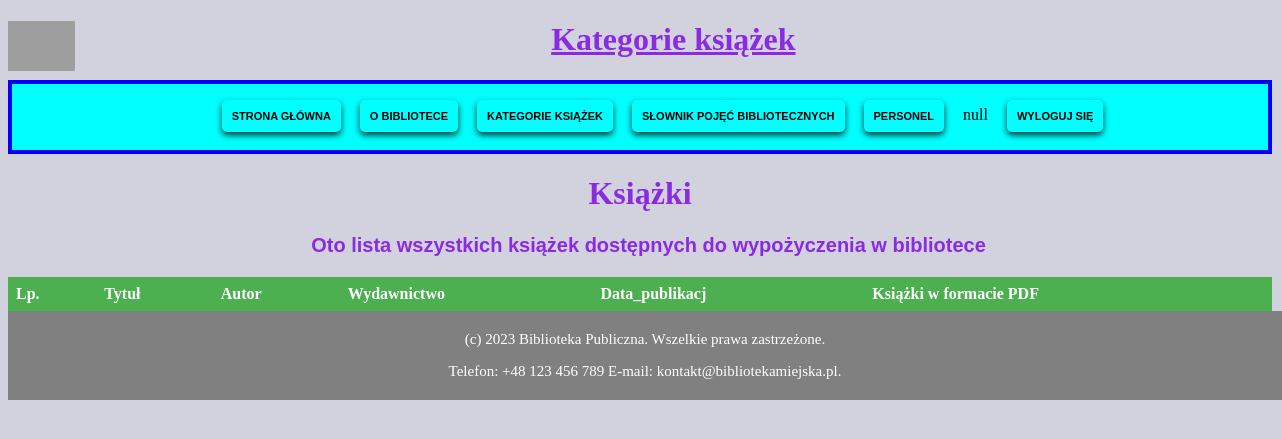
Repository: Dominik098/projekt
Page: http://localhost/biblioteka/C_Kategorie-książek.jsp
The author's editor kept a copy of each file at every save. The page is drawn from the files as they stood at one save, then again after the next save.
The browser window is 1280 px wide. The page is 1282 px wide, so the pictures cover 1282 px, including what lies to the right of the window. The pictures show the whole page.
Pictures or frames that could not be fetched are drawn as grey boxes. The page is served by Tomcat 9. Other server files are loaded and not shown. Queries for data that is not in the repository find no rows.

Above is the page before, as saved 2023-06-15 10:51:08.

### java projekt/biblioteka/src/main/webapp/C_Kategorie-książek.jsp
<%@ page language="java" contentType="text/html; charset=UTF-8"%>


<%@ page import="java.sql.*" %>


 <!DOCTYPE html>
<html lang="en">

<head>
    <meta charset="UTF-8">
    <meta http-equiv="X-UA-Compatible" content="IE=edge">
    <meta name="viewport" content="width=device-width, initial-scale=1.0">
    <link rel="stylesheet" href="C_kategorie.css" type="text/css">

    <link rel="icon" type="image/png" href="3.png" sizes="96x96" />
    <title>Kategorie książek </title>



</head>

<body>
    <tr>
        <td align="center"><img src="logo.jpg" name="ksiazka" align="left" weight="90px" height="50px"></td>
    </tr>
    <h1>
        <center><u>Kategorie książek</u></center>
    </h1>
    <header>
        <nav>
            <ul>
                <li class="znacznik" ><a href="A_strona-gl.jsp"><button class="wyloguj" >Strona główna</button></a></li>
                <li class="znacznik" ><a href="B_O bibiotece.jsp"><button class="wyloguj" >O bibliotece</button></a></li>
                <li  class="znacznik"><a href="C_Kategorie książek.jsp"><button class="wyloguj" >Kategorie książek</button></a></li>
                <!--   <li><a href="D_Wypożyczenia.jsp"><button class="pobierz" >Wypożyczane </a></li>-->
                <li class="znacznik"><a href="E_Słownik pojęć.jsp"><button class="wyloguj" >Słownik pojęć bibliotecznych</button></a></li>
                <li class="znacznik"><a href="F_personel.jsp"><button class="wyloguj" >Personel</button></a></li>
               <!-- <li class="znacznik"><a href="G_login.jsp">Logowanie</a></li>
                <li class="znacznik"><a href="H_rejestracja.jsp">Rejestracja</a></li>-->

                <li ><a > <%=session.getAttribute("email-login") %> </a></li>
                <li  ><a href="#" onclick="confirmLogout()"><button class="wyloguj" >Wyloguj się</button></a></li>


            </ul>

        </nav>

    </header>
	    <h1>Książki </h1>


<%
String userRole =(String) session.getAttribute("administrator");
if(userRole != null && userRole.equals("admin")){
	%>



<a href="Dodaj_ksiazke.jsp">
  <button class="dodanie" onclick="return promptForPassword()">Przejdź do formularza<br> aby dodać książkę</button>
</a>
<% }%>







    <h3>Oto lista wszystkich książek dostępnych do wypożyczenia w bibliotece </h3>

<table>
    <tr>
        <th>Lp.</th>
        <th>Tytuł</th>
        <th>Autor</th>
        <th>Wydawnictwo</th>
        <th>Data_publikacj</th>
        <th>Książki w formacie PDF</th>


    </tr>
    <%
        try {
            // Połączenie z bazą danych
            String url = "jdbc:mysql://localhost:3306/Biblioteka";
            String user = "root";
            String password = "P@ssw0rd";
            Connection conn = DriverManager.getConnection(url, user, password);

            // Zapytanie SQL
            String sql = "SELECT * FROM Książki";
            PreparedStatement ps = conn.prepareStatement(sql);
            ResultSet rs = ps.executeQuery();

            // Wyświetlenie wyników zapytania
            int i=0;
            while (rs.next()) { i++;
                String tytuł = rs.getString("tytuł");
                String autor = rs.getString("autor");
                String wydawnictwo = rs.getString("wydawnictwo");
                String data_publikacji = rs.getString("data_publikacji");
                String pdf_link = rs.getString("pdf");



    %>
        <tr>
            <td><%= i %></td>
            <td><%= tytuł %></td>
            <td><%= autor %></td>
            <td><%= wydawnictwo %></td>
            <td><%= data_publikacji %></td>
            <td>
    <a href="<%= request.getContextPath() + pdf_link %>" target="_blank" download><button class="pobierz">Pobierz książkę </button></a>
</td>


        </tr>
    <%
            }
            // Zamykanie połączenia z bazą danych
            rs.close();
            ps.close();
            conn.close();
        } catch (SQLException e) {
            e.printStackTrace();
        }
    %>
</table>






<script type="text/javascript">

function confirmLogout() {
	if (confirm("Czy na pewno chcesz się wylogować?")) {
		window.location.href = "logout";
	}
}
    // Funkcja pobierająca plik PDF
    function pobierzPDF(link) {
        window.location.href = link;
    }
</script>



    <footer>
        <p>(c) 2023 Biblioteka Publiczna. Wszelkie prawa zastrzeżone.</p>
        <p>Telefon: +48 123 456 789  E-mail: kontakt@bibliotekamiejska.pl.</p>

    </footer>



</body>

</html>

### java projekt/biblioteka/src/main/webapp/C_kategorie.css
body {
    background-color: rgb(210, 210, 222);

}

header {
    border: 4px;
    background-color: aqua;
    border: 4px solid blue;
    padding-bottom: 2px;
}



h1 {
    text-align: center;
    color: blueviolet;

}

h3 {
    text-align: center;
    margin-left: 17px;
    color: blueviolet;
    font-family: Arial;
    font-size: 20px;

}




ul li {
    display: inline;
    margin-left: 5px;
    padding: 5px;

}

ul {
    text-align: center;
}

a {
    padding-top: 5px;
    padding-bottom: 5px;
    text-decoration: none;
}






footer {
    text-align: center;
    font-size: 15px;
    color: white;
    background-color: gray;


    bottom: 0;
    margin-top: auto;
    width: 100%;
    padding: 5px;
}



table {
        background-color: #f9f9f9;
        border-collapse: collapse;
        width: 100%;
    }

    th, td {
        text-align: left;
        padding: 8px;
    }

    th {
        background-color: #4CAF50;
        color: white;
    }


    tr:hover {
  border-bottom: 2px solid red;
}


.pobierz{

  display: inline-block;
  padding: 10px 20px;
  font-size: 12px;
  font-weight: bold;
  text-align: center;
  text-transform: uppercase;
  color: #fff;
  background-color: #4CAF50;
  border: none;
  border-radius: 5px;
  box-shadow: 0 3px 6px rgba(0, 0, 0, 0.3);
  cursor: pointer;
  transition: background-color 0.3s ease;
}

.pobierz:hover {
  background-color: #0056b3;
}

.klik {
  background-color: transparent;
  border: none;
  cursor: pointer;
  background-color:  aqua;
  border: none;
  border-radius: 5px;
  box-shadow: 0 3px 6px rgba(0, 0, 0, 0.1);
  font-size: 11px;
  font-weight: bold;
  text-align: center;
}

.klik:hover {
  background-color: #0056b3;
  color: #ffffff;
}

.wyloguj{

  display: inline-block;
  padding: 10px 10px;
  font-size: 11px;
  font-weight: bold;
  text-align: center;
  text-transform: uppercase;
  color: black;
  background-color:  aqua;
  border: none;
  border-radius: 5px;
  box-shadow: 0 3px 6px rgba(0, 0, 0, 0.8);
  cursor: pointer;
  transition: background-color 0.3s ease;
}

.wyloguj:hover {
  background-color: #0056b3;
}
 .dodanie{
 display: inline-block;
  padding: 10px 10px;
  font-size: 11px;
  font-weight: bold;
  text-align: center;
  text-transform: uppercase;
  color: black;
  background-color:  rgb(210, 210, 222);
  border: none;
  border-radius: 5px;
  box-shadow: 0 3px 6px rgba(0, 0, 0, 0.6);
  cursor: pointer;
  transition: background-color 0.3s ease;

 }
 .dodanie:hover{
 background-color: #0056b3;
 }
#info{
	text-align: center;

}
 #info_przycisk {
        background-color: #4CAF50;
        color: #fff;
        border: none;
        padding: 5px 10px;
        border-radius: 4px;

        cursor: pointer;
        transition: background-color 0.3s ease;
    }

After the next save:
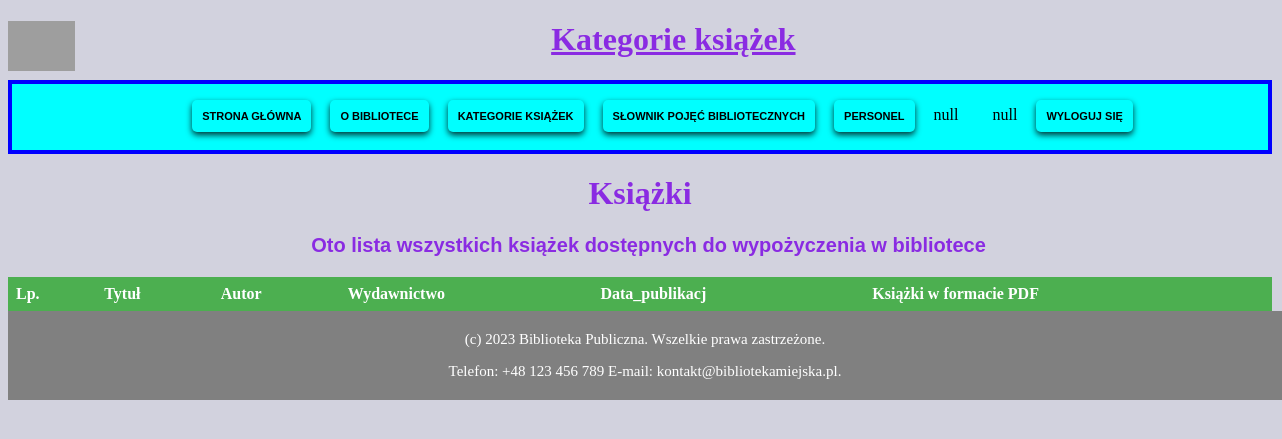
Saved 11 s later.
--- a/java projekt/biblioteka/src/main/webapp/C_Kategorie-książek.jsp
+++ b/java projekt/biblioteka/src/main/webapp/C_Kategorie-książek.jsp
@@ -38,7 +38,7 @@
                 <li class="znacznik"><a href="F_personel.jsp"><button class="wyloguj" >Personel</button></a></li>
                <!-- <li class="znacznik"><a href="G_login.jsp">Logowanie</a></li>
                 <li class="znacznik"><a href="H_rejestracja.jsp">Rejestracja</a></li>-->
-
+                <li> <a > <%=session.getAttribute("administrator") %></a><li>
                 <li ><a > <%=session.getAttribute("email-login") %> </a></li>
                 <li  ><a href="#" onclick="confirmLogout()"><button class="wyloguj" >Wyloguj się</button></a></li>
 
